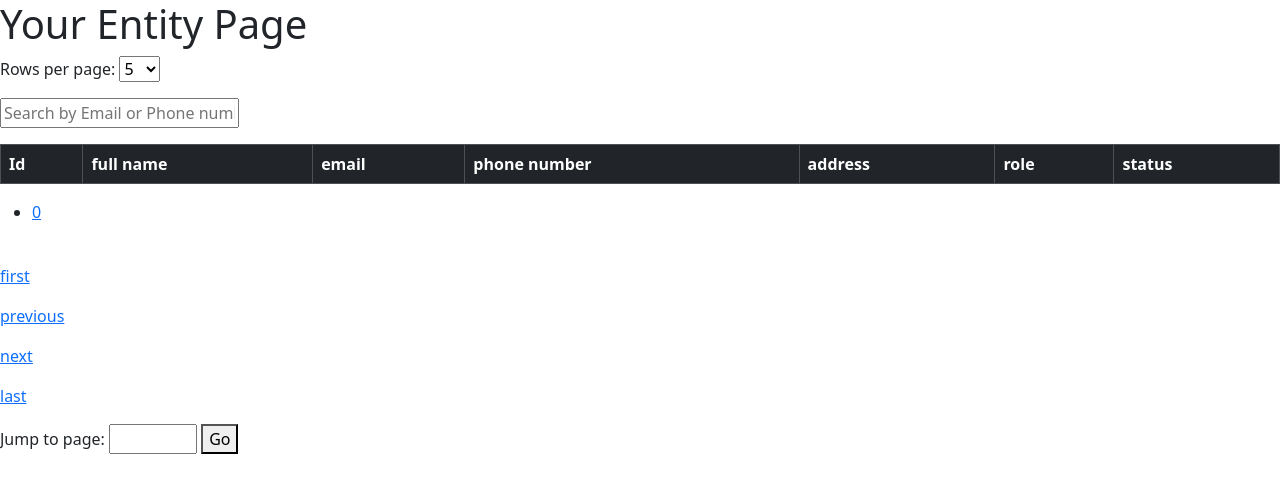
Repository: haitmq97/java-lab
Page: http://localhost/PRJ321x_Project1_haitmqfx22585/WEB-INF/views/page-list.jsp
These files come from the project's save history. The page is drawn as it stood at one moment and after a run of saves; the edit follows.
The browser window is 1280 px wide. The pictures show the whole page.
The page is served by Tomcat 9. Nobody is signed in. The template is opened directly, without the code that normally fills it, so the values that code supplies are empty.

Above is the page before, as saved 2024-01-14 13:02:30.

After the next 2 saves:
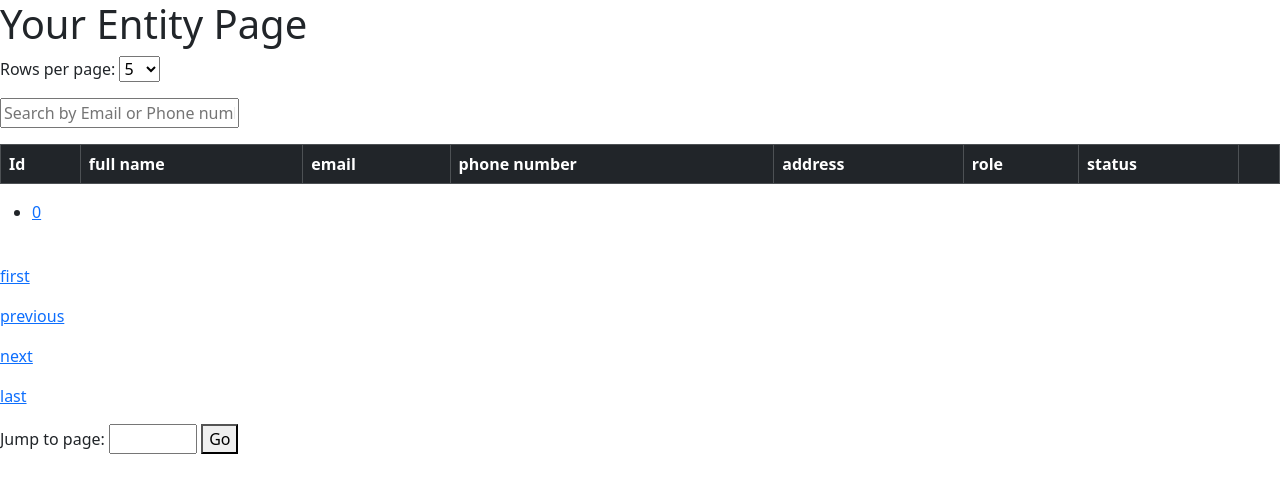
The 2 saves are shown as one change because they came seconds apart.
The last was saved 10 min 36 s later.
--- a/PRJ321x_Project1_haitmqfx22585/WebContent/WEB-INF/views/page-list.jsp
+++ b/PRJ321x_Project1_haitmqfx22585/WebContent/WEB-INF/views/page-list.jsp
@@ -70,6 +70,7 @@
 				<th>address</th>
 				<th>role</th>
 				<th>status</th>
+				<th>
 
 			</tr>
 		</thead>
